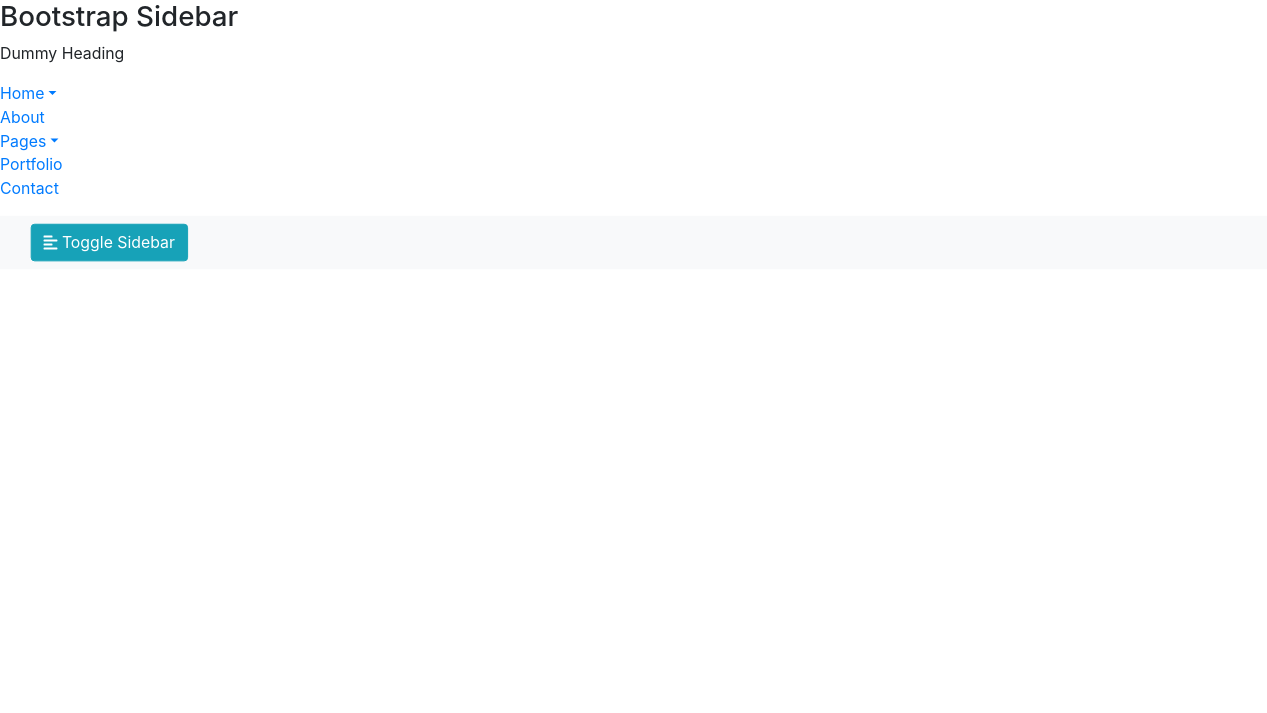
Repository: thiagosfideles/aprendendo-git
Page: index.html
The author's editor kept a record of every edit. The page is drawn from the files as they stood at one moment, then again after the next edit.
The browser window is 1280 px wide. The pictures show the whole page, at 99% of full size.
Some web libraries are served in a nearby version.

Above is the page before.

After the next edit:
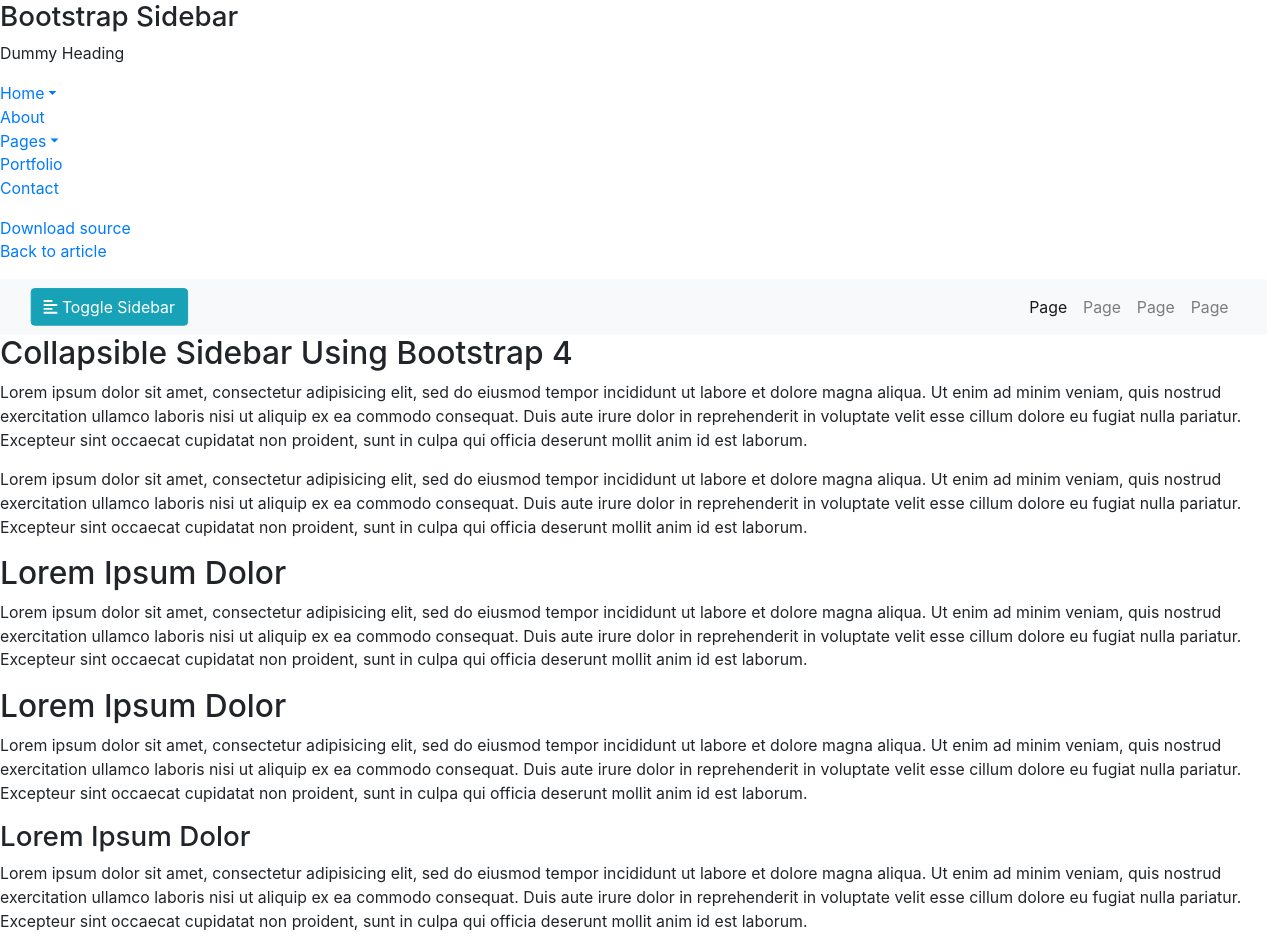
The edit:
--- a/index.html
+++ b/index.html
@@ -16,9 +16,8 @@
 </head>
 <body>
 
-    <div class="wrapper">
-
-        <!-- Sidebar -->
+  <div class="wrapper">
+        <!-- Sidebar  -->
         <nav id="sidebar">
             <div class="sidebar-header">
                 <h3>Bootstrap Sidebar</h3>
@@ -45,40 +44,88 @@
                 </li>
                 <li>
                     <a href="#pageSubmenu" data-toggle="collapse" aria-expanded="false" class="dropdown-toggle">Pages</a>
-                        <ul class="collapse list-unstyled" id="pageSubmenu">
-                            <li>
-                                <a href="#">Page 1</a>
-                            </li>
-                            <li>
-                                <a href="#">Page 2</a>
-                            </li>
-                            <li>
-                                <a href="#">Page 3</a>
-                            </li>
-                        </ul>
+                    <ul class="collapse list-unstyled" id="pageSubmenu">
+                        <li>
+                            <a href="#">Page 1</a>
+                        </li>
+                        <li>
+                            <a href="#">Page 2</a>
+                        </li>
+                        <li>
+                            <a href="#">Page 3</a>
+                        </li>
+                    </ul>
                 </li>
                 <li>
                     <a href="#">Portfolio</a>
                 </li>
                 <li>
-                <a href="#">Contact</a>
+                    <a href="#">Contact</a>
                 </li>
             </ul>
 
+            <ul class="list-unstyled CTAs">
+                <li>
+                    <a href="https://bootstrapious.com/tutorial/files/sidebar.zip" class="download">Download source</a>
+                </li>
+                <li>
+                    <a href="https://bootstrapious.com/p/bootstrap-sidebar" class="article">Back to article</a>
+                </li>
+            </ul>
         </nav>
 
-        <!-- Page Content -->
+        <!-- Page Content  -->
         <div id="content">
-             <nav class="navbar navbar-expand-lg navbar-light bg-light">
+
+            <nav class="navbar navbar-expand-lg navbar-light bg-light">
                 <div class="container-fluid">
+
                     <button type="button" id="sidebarCollapse" class="btn btn-info">
-                    <i class="fas fa-align-left"></i>
-                    <span>Toggle Sidebar</span>
+                        <i class="fas fa-align-left"></i>
+                        <span>Toggle Sidebar</span>
                     </button>
+                    <button class="btn btn-dark d-inline-block d-lg-none ml-auto" type="button" data-toggle="collapse" data-target="#navbarSupportedContent" aria-controls="navbarSupportedContent" aria-expanded="false" aria-label="Toggle navigation">
+                        <i class="fas fa-align-justify"></i>
+                    </button>
+
+                    <div class="collapse navbar-collapse" id="navbarSupportedContent">
+                        <ul class="nav navbar-nav ml-auto">
+                            <li class="nav-item active">
+                                <a class="nav-link" href="#">Page</a>
+                            </li>
+                            <li class="nav-item">
+                                <a class="nav-link" href="#">Page</a>
+                            </li>
+                            <li class="nav-item">
+                                <a class="nav-link" href="#">Page</a>
+                            </li>
+                            <li class="nav-item">
+                                <a class="nav-link" href="#">Page</a>
+                            </li>
+                        </ul>
+                    </div>
                 </div>
             </nav>
+
+            <h2>Collapsible Sidebar Using Bootstrap 4</h2>
+            <p>Lorem ipsum dolor sit amet, consectetur adipisicing elit, sed do eiusmod tempor incididunt ut labore et dolore magna aliqua. Ut enim ad minim veniam, quis nostrud exercitation ullamco laboris nisi ut aliquip ex ea commodo consequat. Duis aute irure dolor in reprehenderit in voluptate velit esse cillum dolore eu fugiat nulla pariatur. Excepteur sint occaecat cupidatat non proident, sunt in culpa qui officia deserunt mollit anim id est laborum.</p>
+            <p>Lorem ipsum dolor sit amet, consectetur adipisicing elit, sed do eiusmod tempor incididunt ut labore et dolore magna aliqua. Ut enim ad minim veniam, quis nostrud exercitation ullamco laboris nisi ut aliquip ex ea commodo consequat. Duis aute irure dolor in reprehenderit in voluptate velit esse cillum dolore eu fugiat nulla pariatur. Excepteur sint occaecat cupidatat non proident, sunt in culpa qui officia deserunt mollit anim id est laborum.</p>
+
+            <div class="line"></div>
+
+            <h2>Lorem Ipsum Dolor</h2>
+            <p>Lorem ipsum dolor sit amet, consectetur adipisicing elit, sed do eiusmod tempor incididunt ut labore et dolore magna aliqua. Ut enim ad minim veniam, quis nostrud exercitation ullamco laboris nisi ut aliquip ex ea commodo consequat. Duis aute irure dolor in reprehenderit in voluptate velit esse cillum dolore eu fugiat nulla pariatur. Excepteur sint occaecat cupidatat non proident, sunt in culpa qui officia deserunt mollit anim id est laborum.</p>
+
+            <div class="line"></div>
+
+            <h2>Lorem Ipsum Dolor</h2>
+            <p>Lorem ipsum dolor sit amet, consectetur adipisicing elit, sed do eiusmod tempor incididunt ut labore et dolore magna aliqua. Ut enim ad minim veniam, quis nostrud exercitation ullamco laboris nisi ut aliquip ex ea commodo consequat. Duis aute irure dolor in reprehenderit in voluptate velit esse cillum dolore eu fugiat nulla pariatur. Excepteur sint occaecat cupidatat non proident, sunt in culpa qui officia deserunt mollit anim id est laborum.</p>
+
+            <div class="line"></div>
+
+            <h3>Lorem Ipsum Dolor</h3>
+            <p>Lorem ipsum dolor sit amet, consectetur adipisicing elit, sed do eiusmod tempor incididunt ut labore et dolore magna aliqua. Ut enim ad minim veniam, quis nostrud exercitation ullamco laboris nisi ut aliquip ex ea commodo consequat. Duis aute irure dolor in reprehenderit in voluptate velit esse cillum dolore eu fugiat nulla pariatur. Excepteur sint occaecat cupidatat non proident, sunt in culpa qui officia deserunt mollit anim id est laborum.</p>
         </div>
-
     </div>
 
 
